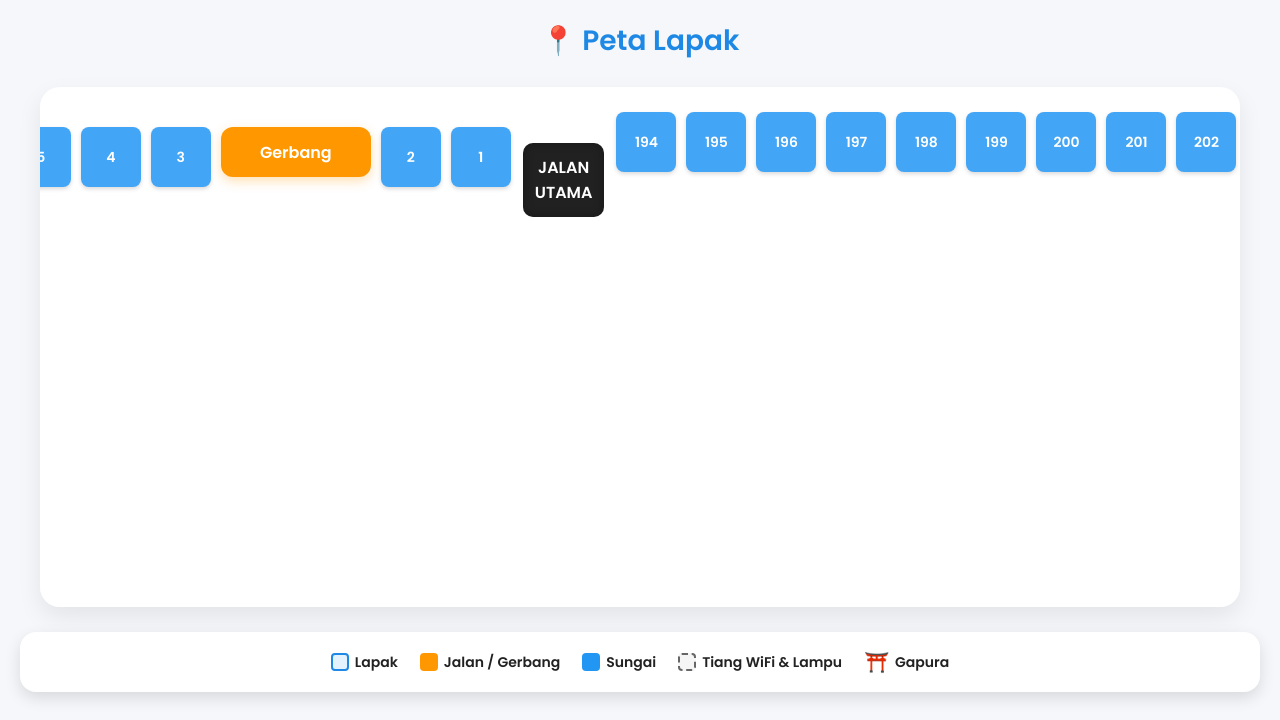
Repository: pasarrakyatbak/denah
Page: index.html
An editor plug-in stored every save of this project. The page is shown before and after the next save, followed by the edit.
The browser window is 1280 px wide. The pictures show the whole page.

Above is the page before, as saved 2025-09-19 18:27:27.

### index.html
<!DOCTYPE html>
<html lang="id">

<head>
    <meta charset="utf-8" />
    <meta name="viewport" content="width=device-width, initial-scale=1" />
    <title>Peta Lapak Modern</title>
    <link href="https://fonts.googleapis.com/css2?family=Poppins:wght@400;600&display=swap" rel="stylesheet">
    <link rel="stylesheet" href="style.css" />
</head>

<body>
    <h1>📍 Peta Lapak</h1>

    <!-- Tooltip -->
    <div class="tooltip" id="tooltip"></div>

    <!-- Grid Container -->
    <div class="scroll-container">
        <div class="h-inner">

            <!-- Rumput kiri -->
            <div class="rumput"></div>

            <!-- Lapak kiri (atas jalan) -->
            <div class="row top" id="left-side"></div>

            <!-- Jalan utama -->
            <div class="road-wrapper">
                <div class="road">JALAN UTAMA</div>
            </div>

            <!-- Lapak kanan (bawah jalan) -->
            <div class="row bottom" id="right-side"></div>

            <!-- Rumput kanan -->
            <div class="rumput"></div>

        </div>
    </div>


    <!-- Legend -->
    <div class="legend">
        <div>
            <div class="legend-color lapak-color"></div> Lapak
        </div>
        <div>
            <div class="legend-color jalan-color"></div> Jalan / Gerbang
        </div>
        <div>
            <div class="legend-color sungai-color"></div> Sungai
        </div>
        <div>
            <div class="legend-color tiang-color"></div> Tiang WiFi & Lampu
        </div>
        <div>
            <div class="legend-icon">⛩️</div> Gapura
        </div>
    </div>
    </div>

    <script src="script.js"></script>
</body>

</html>

### style.css
/* Reset & Base */
* {
    margin: 0;
    padding: 0;
    box-sizing: border-box;
}

body {
    font-family: 'Poppins', sans-serif;
    background: #f5f7fa;
    color: #222;
    padding: 20px;
    text-align: center;
}

h1 {
    font-size: 28px;
    margin-bottom: 25px;
    color: #1e88e5;
    font-weight: 700;
}

/* Scroll container */
.scroll-container {
    width: 100%;
    max-width: 1200px;
    height: 520px;
    overflow: auto;
    background: #fff;
    border-radius: 20px;
    padding: 25px;
    box-shadow: 0 10px 25px rgba(0, 0, 0, 0.08);
    margin: auto;
}

/* Container horizontal */
.h-inner {
    display: flex;
    align-items: center;
    gap: 12px;
    justify-content: center;
    width: 100%;
}

.row {
    display: flex;
    justify-content: center;
    gap: 10px;
}

/* Lapak modern */
.lapak {
    width: 60px;
    height: 60px;
    background: #42a5f5;
    color: #fff;
    font-size: 14px;
    font-weight: 600;
    border-radius: 8px;
    display: flex;
    align-items: center;
    justify-content: center;
    box-shadow: 0 2px 4px rgba(0, 0, 0, 0.15);
    cursor: pointer;
    transition: transform 0.2s;
}

.lapak:hover {
    transform: scale(1.1);
    background: #1e88e5;
}


/* Jalan utama hitam tengah */
.road {
    background: #212121;
    color: #fff;
    font-weight: 600;
    text-align: center;
    padding: 12px;
    border-radius: 10px;
    box-shadow: inset 0 0 10px rgba(0, 0, 0, 0.3);
}


.road-wrapper {
    display: flex;
    align-items: center;
    justify-content: center;
}

/* Baris lapak di sisi jalan */
.lapak-row {
    display: flex;
    justify-content: center;
    gap: 10px;
}

/* Jalan / Gerbang */
.jalan-gerbang {
    width: 150px;
    height: 50px;
    background: #ff9800;
    color: #fff;
    display: flex;
    align-items: center;
    justify-content: center;
    border-radius: 12px;
    font-weight: 700;
    transition: all 0.3s;
    box-shadow: 0 4px 12px rgba(255, 152, 0, 0.3);
}

.jalan-gerbang:hover {
    background: #fb8c00;
    transform: translateY(-4px);
}

/* Gapura lintas jalan */
.gapura-container {
    width: 70px;
    height: 100px;
    display: flex;
    flex-direction: column;
    align-items: center;
    justify-content: center;
    gap: 4px;
}

.gapura-icon {
    font-size: 26px;
}

.gapura-arrow {
    font-size: 18px;
}

/* Sungai */
.sungai-bawah {
    background: linear-gradient(180deg, #2196f3 0%, #64b5f6 100%);
    border-radius: 12px;
    color: #fff;
    font-weight: 600;
    display: flex;
    align-items: center;
    justify-content: center;
    font-size: 0.85em;
    width: 120%;
    height: 40px;
    box-shadow: 0 3px 8px rgba(33, 150, 243, 0.4);
}

.sungai-atas {
    background: linear-gradient(90deg, #00bfff, #4fc3f7);
    color: #fff;
    font-size: 12px;
    font-weight: bold;
    padding: 4px 10px;
    border-radius: 8px;
    margin-bottom: 5px;
}

/* Tiang WiFi + Lampu */
.tiang-container {
    width: auto;
    min-width: 120px;
    padding: 8px 12px;
    background: #fafafa;
    border: 2px dashed #666;
    border-radius: 16px;
    display: flex;
    flex-direction: row;
    align-items: center;
    justify-content: center;
    gap: 12px;
    font-size: 22px;
    font-weight: bold;
    color: #444;
    box-shadow: inset 0 2px 6px rgba(0, 0, 0, 0.05);
}

.tiang-label {
    font-size: 11px;
    font-weight: 600;
    color: #222;
}

/* Tooltip */
.tooltip {
    position: absolute;
    background: rgba(30, 136, 229, 0.95);
    color: #fff;
    padding: 7px 12px;
    border-radius: 8px;
    font-size: 13px;
    pointer-events: none;
    opacity: 0;
    transition: opacity 0.2s, transform 0.2s;
    z-index: 10;
    transform: translateY(-4px);
}

/* Legend */
.legend {
    margin-top: 25px;
    background: #fff;
    padding: 14px 20px;
    border-radius: 16px;
    box-shadow: 0 6px 16px rgba(0, 0, 0, 0.12);
    font-size: 14px;
    font-weight: 600;
    line-height: 1.6;
    display: flex;
    gap: 22px;
    justify-content: center;
    flex-wrap: wrap;
}

.legend div {
    display: flex;
    align-items: center;
    gap: 6px;
}

.legend-color {
    width: 18px;
    height: 18px;
    border-radius: 4px;
}

.legend-icon {
    font-size: 20px;
}

/* Legend colors */
.lapak-color {
    background: #e3f2fd;
    border: 2px solid #1e88e5;
}

.jalan-color {
    background: #ff9800;
}

.sungai-color {
    background: #2196f3;
}

.tiang-color {
    background: #f5f5f5;
    border: 2px dashed #666;
}

/* Wrapper */
.lapak-wrapper {
    display: flex;
    flex-direction: column;
    align-items: center;
    gap: 6px;
}

.lapak-wrapper .lapak {
    order: 2;
}

.lapak-wrapper .jalan-gerbang,
.lapak-wrapper .gapura-container,
.lapak-wrapper .sungai-atas,
.lapak-wrapper .sungai-bawah,
.lapak-wrapper .tiang-container {
    order: 1;
}

/* Rumput sisi kiri & kanan */
.rumput {
    width: 40px;
    background: repeating-linear-gradient(45deg,
            #66bb6a,
            #66bb6a 10px,
            #81c784 10px,
            #81c784 20px);
    border-radius: 6px;
    box-shadow: inset 0 1px 3px rgba(0, 0, 0, 0.15);
}

.content-wrapper {
    display: flex;
    flex-direction: column;
    gap: 16px;
    flex: 1;
}

/* Responsive */
@media(max-width:900px) {
    .scroll-container {
        height: 450px;
    }

    .lapak {
        width: 60px;
        height: 90px;
        font-size: 14px;
    }

    .jalan-gerbang {
        width: 120px;
        height: 45px;
        font-size: 13px;
    }

    .rumput {
        width: 40px;
    }
}

@media(max-width:600px) {
    body {
        padding: 12px;
    }

    h1 {
        font-size: 22px;
    }

    .scroll-container {
        height: 400px;
        padding: 12px;
    }

    .lapak {
        width: 50px;
        height: 80px;
        font-size: 13px;
    }

    .jalan-gerbang {
        width: 100px;
        height: 40px;
        font-size: 12px;
    }

    .sungai-bawah {
        width: 100%;
        height: 35px;
        font-size: 0.75em;
    }

    .rumput {
        width: 30px;
    }
}

### script.js
// DATA NOMOR
const leftNumbers = [1, 2, 3, 4, 5, 6, 7, 8, 9, 10, 11, 15, 16, 17, 18, 19, 20, 21, 22, 23, 24, 25, 26, 27, 28, 29, 30, 31, 32, 33, 34, 35, 36, 37, 38, 39, 40, 41, 42, 43, 44, 45, 46, 47, 48, 49, 50, 51, 52, 53, 54, 55, 56, 57, 58, 59, 60, 61, 62, 63, 64, 65, 66, 67, 68, 69, 70, 71, 72, 73, 74, 75, 76, 77, 78, 79, 80, 81, 82, 83, 84, 85, 86, 87, 88, 89, 90, 91, 92, 93, 94, 95, 96, 97, 98, 99, 100, 101, 102, 103, 104, 186, 187, 188, 189, 190, 191, 192, 193];
const rightNumbers = [194, 195, 196, 197, 198, 199, 200, 201, 202, 203, 204, 205, 206, 207, 208, 209, 210, 211, 212, 213, 105, 106, 107, 108, 109, 110, 111, 112, 113, 114, 115, 116, 117, 118, 119, 120, 121, 122, 123, 124, 125, 126, 127, 128, 129, 130, 131, 132, 133, 134, 135, 136, 137, 138, 214, 215, 216, 139, 140, 141, 142, 143, 144, 145, 146, 147, 148, 149, 150, 151, 152, 153, 154, 155, 156, 157, 158, 159, 160, 161, 162, 163, 164, 165, 166, 167, 168, 169, 170, 171, 172, 173, 174, 175, 176, 177, 178, 179, 180, 181, 182, 183, 184, 185];

const rightSide = document.getElementById('right-side');
const leftSide = document.getElementById('left-side');

// Buat lapak
function makeLapak(num) {
    const d = document.createElement('div');
    d.className = 'lapak';
    d.textContent = num;
    return d;
}

rightNumbers.forEach(n => rightSide.appendChild(makeLapak(n)));
leftNumbers.slice().reverse().forEach(n => leftSide.appendChild(makeLapak(n)));

// Gerbang
function insertGerbangBetween(parent, a, b, label = 'Gerbang') {
    const children = Array.from(parent.children);
    const idxA = children.findIndex(c => c.textContent == String(a));
    const idxB = children.findIndex(c => c.textContent == String(b));
    if (idxA === -1 || idxB === -1) return;
    const insertAfterIndex = Math.min(idxA, idxB);
    const refNode = parent.children[insertAfterIndex + 1] || null;
    const g = document.createElement('div');
    g.className = 'jalan-gerbang';
    g.textContent = label;
    parent.insertBefore(g, refNode);
}
insertGerbangBetween(leftSide, 2, 3);
insertGerbangBetween(leftSide, 11, 15);

// Gapura lintas jalan
function insertGapura(leftParent, rightParent, a, b) {
    const idxL = Array.from(leftParent.children).findIndex(c => c.textContent == a);
    const idxR = Array.from(rightParent.children).findIndex(c => c.textContent == b);
    if (idxL === -1 || idxR === -1) return;

    const gapuraBottom = document.createElement('div');
    gapuraBottom.className = 'gapura-container';
    gapuraBottom.innerHTML = `<div class="gapura-icon">⛩️</div><div class="gapura-arrow">⬆️</div>`;
    leftParent.insertBefore(gapuraBottom, leftParent.children[idxL + 1]);

    const gapuraTop = document.createElement('div');
    gapuraTop.className = 'gapura-container';
    gapuraTop.innerHTML = `<div class="gapura-arrow">⬇️</div><div class="gapura-icon">⛩️</div>`;
    rightParent.insertBefore(gapuraTop, rightParent.children[idxR]);
}
insertGapura(leftSide, rightSide, 57, 146);

// Sungai
function placeSungaiBelow(parent, num) {
    const target = Array.from(parent.children).find(c => c.textContent == num);
    if (!target) return;
    const wrapper = document.createElement('div');
    wrapper.className = 'lapak-wrapper';
    wrapper.setAttribute('data-lapak', num);
    parent.insertBefore(wrapper, target);
    wrapper.appendChild(target);

    const sungai = document.createElement('div');
    sungai.className = 'sungai-bawah';
    sungai.textContent = 'Sungai';
    wrapper.appendChild(sungai);
}
function placeSungaiAbove(parent, num) {
    const target = Array.from(parent.children).find(c => c.textContent == num);
    if (!target) return;
    const wrapper = document.createElement('div');
    wrapper.className = 'lapak-wrapper';
    wrapper.setAttribute('data-lapak', num);
    parent.insertBefore(wrapper, target);
    wrapper.appendChild(target);

    const sungai = document.createElement('div');
    sungai.className = 'sungai-atas';
    sungai.textContent = 'Sungai';
    wrapper.insertBefore(sungai, target);
}
placeSungaiBelow(leftSide, 62);
placeSungaiAbove(rightSide, 141);

// Tiang WiFi + Lampu
function insertTiangAbove(parent, num) {
    const target = Array.from(parent.children).find(c => c.textContent == num);
    if (!target) return;

    const wrapper = document.createElement('div');
    wrapper.className = 'lapak-wrapper';
    parent.insertBefore(wrapper, target);
    wrapper.appendChild(target);

    const tiang = document.createElement('div');
    tiang.className = 'tiang-container';
    tiang.innerHTML = `
        <span>📡<div class="tiang-label">WiFi</div></span>
        <span>💡<div class="tiang-label">Lampu</div></span>
    `;
    wrapper.insertBefore(tiang, target);
}

// Jalan
function insertJalan(parent, a, b, label = 'Jalan') {
    const idxA = Array.from(parent.children).findIndex(c => c.textContent == a);
    const idxB = Array.from(parent.children).findIndex(c => c.textContent == b);
    if (idxA === -1 || idxB === -1) return;
    const insertAfter = Math.min(idxA, idxB);
    const refNode = parent.children[insertAfter + 1] || null;
    const jalan = document.createElement('div');
    jalan.className = 'jalan-gerbang';
    jalan.textContent = label;
    parent.insertBefore(jalan, refNode);
}

// Contoh insert
insertJalan(rightSide, 156, 157);
insertJalan(rightSide, 216, 139);
insertJalan(rightSide, 163, 164);
insertJalan(rightSide, 180, 181);
insertTiangAbove(rightSide, 20, 201);
insertTiangAbove(rightSide, 108, 109);
insertTiangAbove(rightSide, 124, 125);
insertTiangAbove(rightSide, 137, 138);

const tooltip = document.getElementById('tooltip');

function showTooltip(e, text) {
    tooltip.textContent = text;
    tooltip.style.left = e.pageX + 10 + 'px';
    tooltip.style.top = e.pageY + 10 + 'px';
    tooltip.style.opacity = 1;
}

function hideTooltip() {
    tooltip.style.opacity = 0;
}

// Tambahkan tooltip untuk setiap elemen
document.querySelectorAll('.lapak').forEach(el => {
    el.addEventListener('mouseenter', e => showTooltip(e, 'Lapak #' + el.textContent));
    el.addEventListener('mousemove', e => showTooltip(e, 'Lapak #' + el.textContent));
    el.addEventListener('mouseleave', hideTooltip);
});

document.querySelectorAll('.jalan-gerbang').forEach(el => {
    el.addEventListener('mouseenter', e => showTooltip(e, 'Jalan / Gerbang: ' + el.textContent));
    el.addEventListener('mousemove', e => showTooltip(e, 'Jalan / Gerbang: ' + el.textContent));
    el.addEventListener('mouseleave', hideTooltip);
});

document.querySelectorAll('.sungai-bawah, .sungai-atas').forEach(el => {
    el.addEventListener('mouseenter', e => showTooltip(e, 'Sungai'));
    el.addEventListener('mousemove', e => showTooltip(e, 'Sungai'));
    el.addEventListener('mouseleave', hideTooltip);
});

document.querySelectorAll('.tiang-container').forEach(el => {
    el.addEventListener('mouseenter', e => showTooltip(e, 'Tiang WiFi & Lampu'));
    el.addEventListener('mousemove', e => showTooltip(e, 'Tiang WiFi & Lampu'));
    el.addEventListener('mouseleave', hideTooltip);
});

document.querySelectorAll('.gapura-container').forEach(el => {
    el.addEventListener('mouseenter', e => showTooltip(e, 'Gapura Lintas Jalan'));
    el.addEventListener('mousemove', e => showTooltip(e, 'Gapura Lintas Jalan'));
    el.addEventListener('mouseleave', hideTooltip);
});

After the next save:
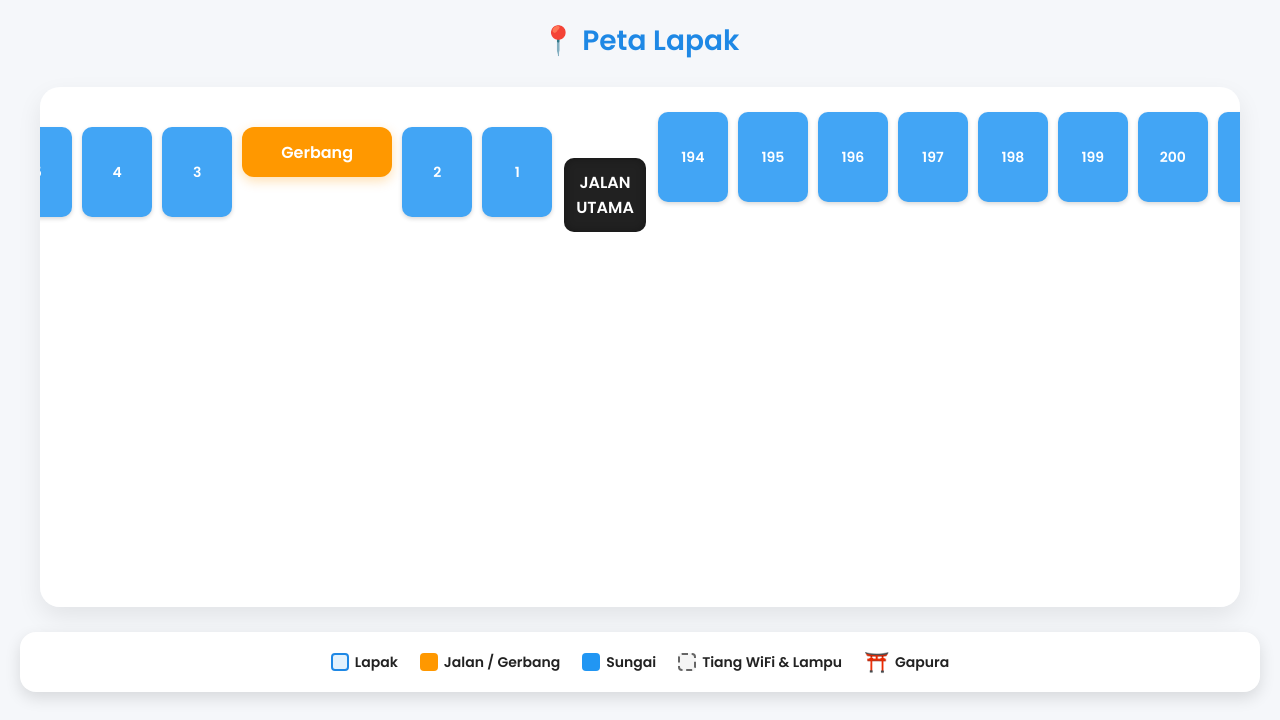
Saved 13 s later.
--- a/style.css
+++ b/style.css
@@ -48,15 +48,15 @@ h1 {
     gap: 10px;
 }
 
-/* Lapak modern */
+
 .lapak {
-    width: 60px;
-    height: 60px;
+    width: 70px;
+    height: 90px;
     background: #42a5f5;
     color: #fff;
     font-size: 14px;
     font-weight: 600;
-    border-radius: 8px;
+    border-radius: 10px;
     display: flex;
     align-items: center;
     justify-content: center;
@@ -66,7 +66,7 @@ h1 {
 }
 
 .lapak:hover {
-    transform: scale(1.1);
+    transform: scale(1.08);
     background: #1e88e5;
 }
 
